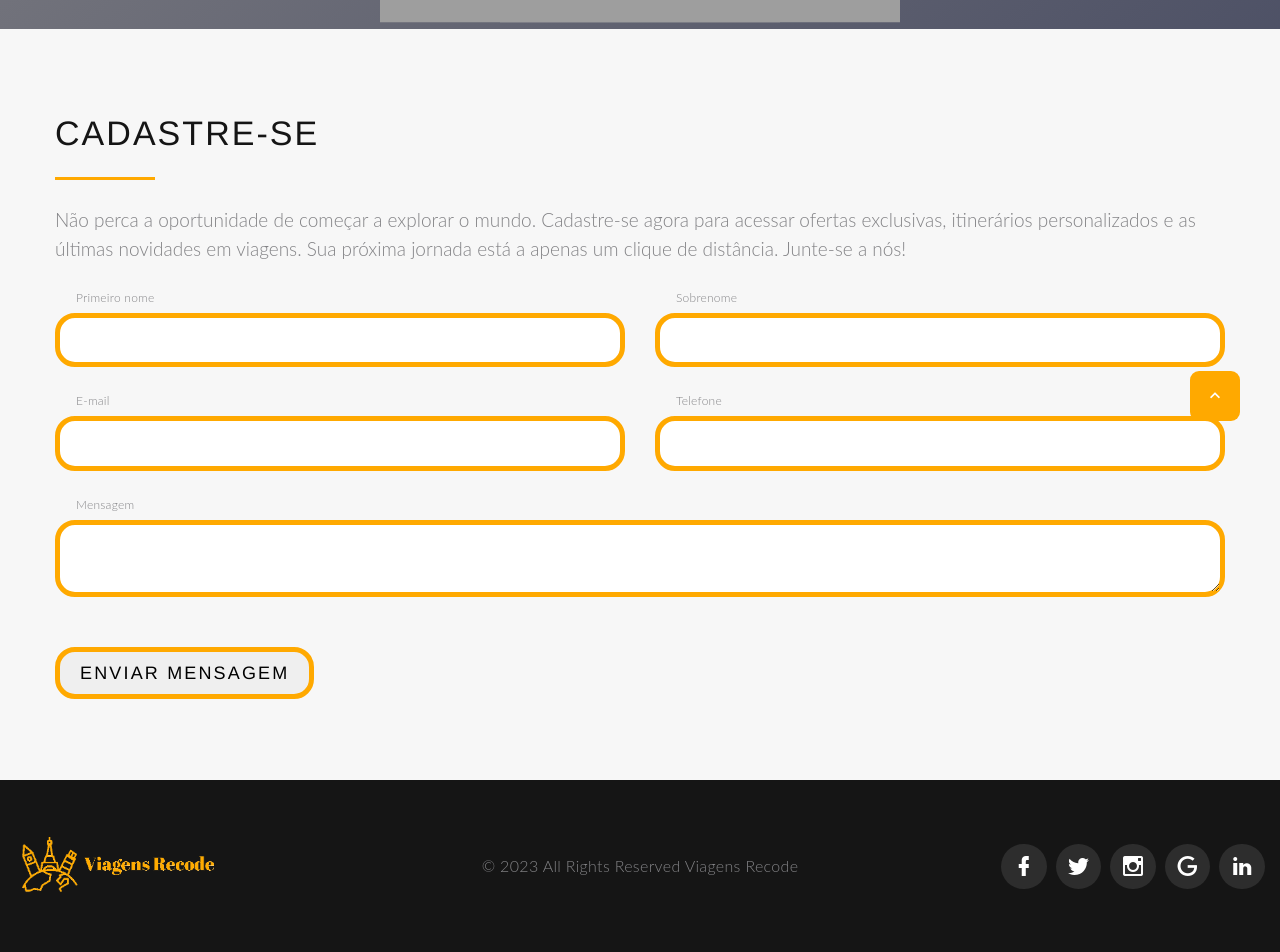
Repository: LiraS23/RecodePro2023-Modulo-4
Page: java/Modulo4/src/main/webapp/cliente.html
An editor plug-in stored every save of this project. The page is shown before and after the next save, followed by the edit.
The browser window is 1280 px wide. The pictures show the part of the page from y = 359 to 1311 px (the page is 1311 px tall).
Pictures or frames that could not be fetched are drawn as grey boxes. Some web fonts or font styles are not loaded; a fallback is used.

Above is the page before, as saved 2023-10-28 14:23:52.

After the next save:
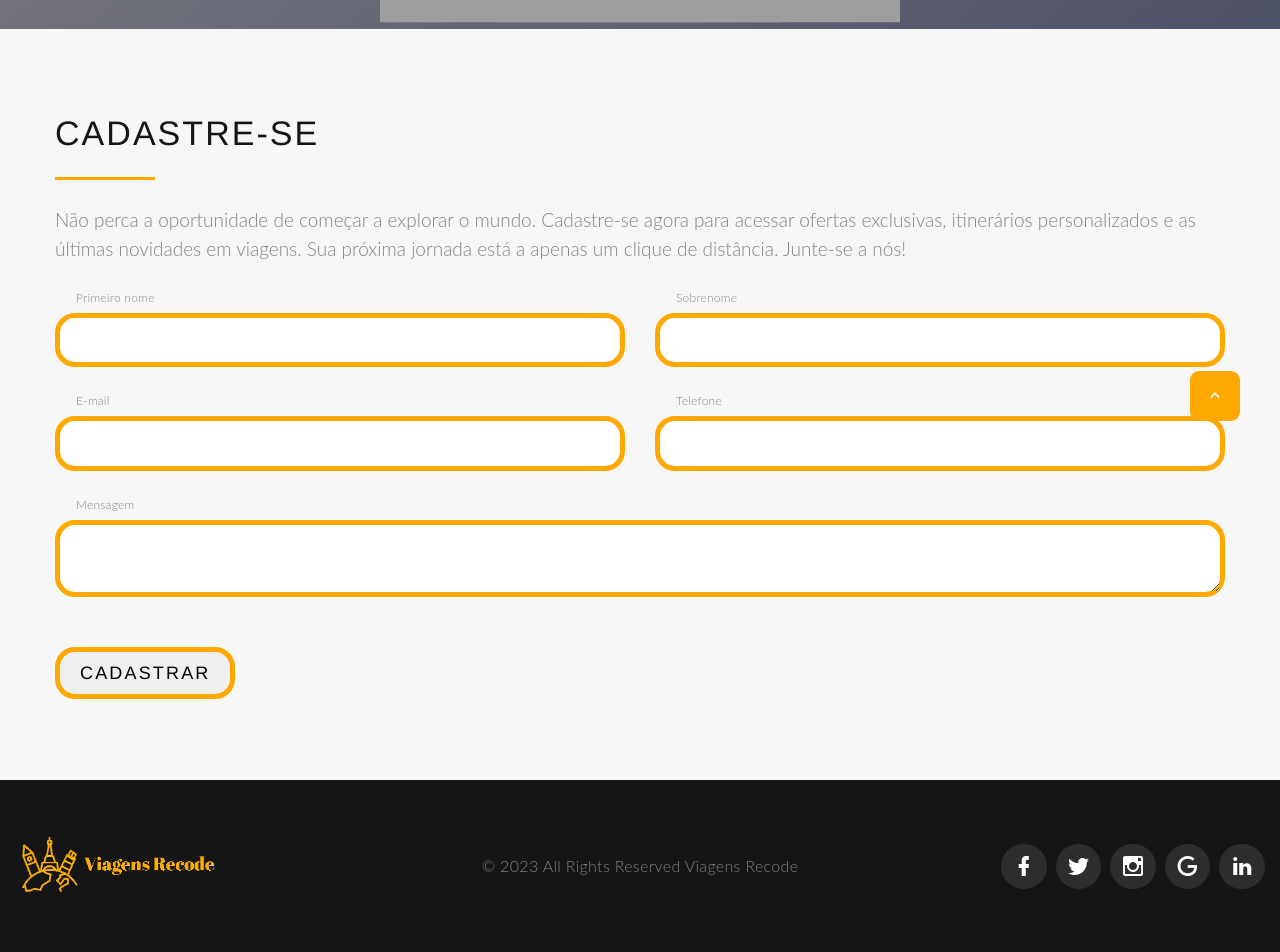
Saved 25 s later.
--- a/java/Modulo4/src/main/webapp/cliente.html
+++ b/java/Modulo4/src/main/webapp/cliente.html
@@ -141,7 +141,7 @@
 											<div class="form-button">
 												<button class="btn btn-secondary"
 													style="border: 5px solid #FFA900; border-radius: 20px;"
-													type="submit">Enviar Mensagem</button>
+													type="submit">Cadastrar</button>
 											</div>
 										</div>
 									</div>
